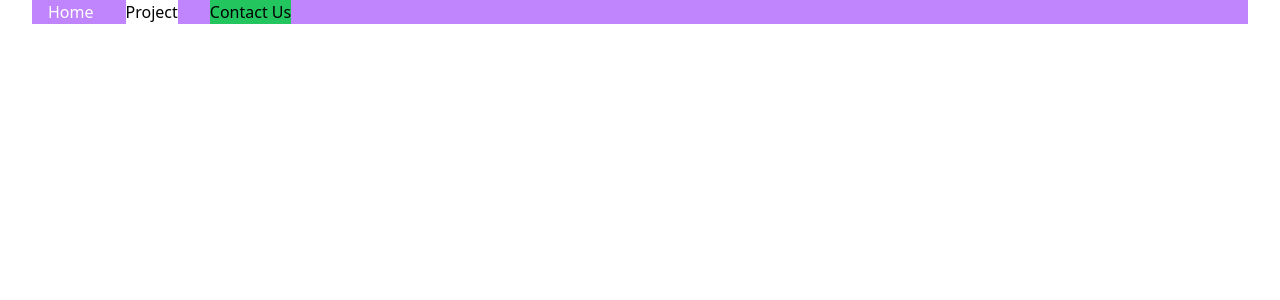
Repository: ashut6138/RozarpayClone
Page: Desktop/RozarpayClone/index.html
An editor plug-in stored every save of this project. The page is shown before and after the next save, followed by the edit.
The browser window is 1280 px wide. The pictures show the whole page.
Some web libraries are served in a nearby version.

Above is the page before, as saved 2025-01-21 23:13:17.

### Desktop/RozarpayClone/index.html
<!DOCTYPE html>
<html lang="en">
<head>
    <meta charset="UTF-8">
    <meta name="viewport" content="width=device-width, initial-scale=1.0">
    <title>tailwind intro</title>
    <link rel="stylesheet" href="./main.css">
    <script src="https://cdn.tailwindcss.com"></script>
</head>
<body>
    <nav>
        <ul class="mx-8 bg-purple-400 flex">
            <li class="mx-4 text-white">Home</li>
            <li class="mx-4 bg-white">Project</li>
            <li class="mx-4 bg-green-500">Contact Us</li>
        </ul>
    </nav>

</body>
</html>

Loaded but not shown: Desktop/RozarpayClone/main.css (common file)

After the next save:
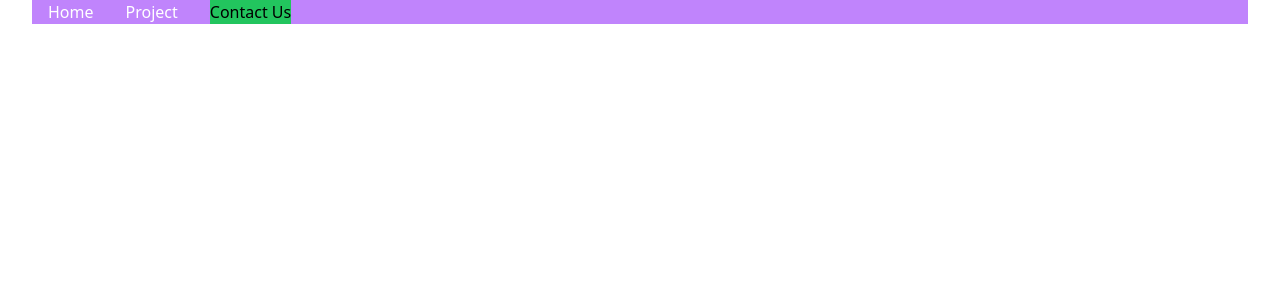
Saved 8 s later.
--- a/Desktop/RozarpayClone/index.html
+++ b/Desktop/RozarpayClone/index.html
@@ -11,7 +11,7 @@
     <nav>
         <ul class="mx-8 bg-purple-400 flex">
             <li class="mx-4 text-white">Home</li>
-            <li class="mx-4 bg-white">Project</li>
+            <li class="mx-4 text-white">Project</li>
             <li class="mx-4 bg-green-500">Contact Us</li>
         </ul>
     </nav>
